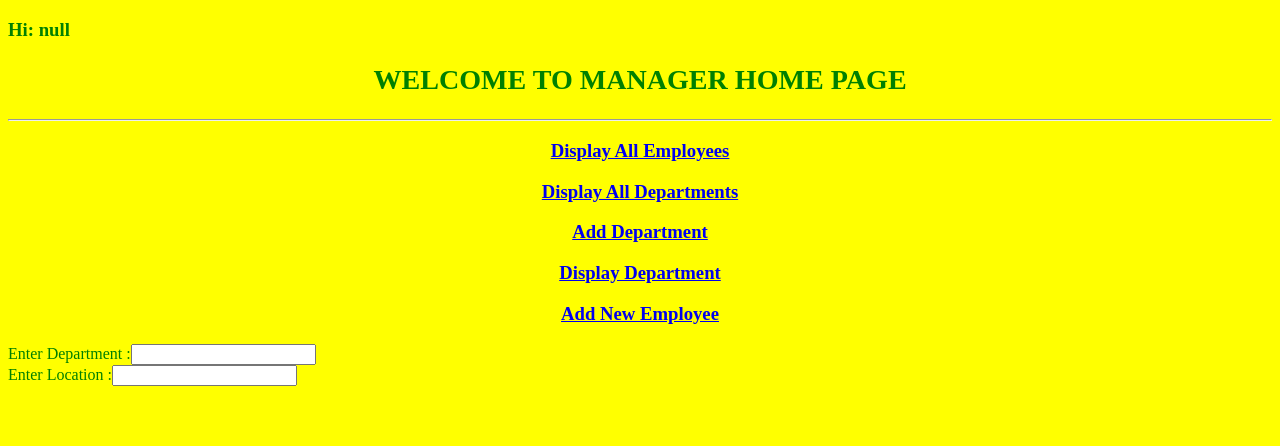
Repository: laharidevisetti/TSWebProject-2-Tables-_Skel
Page: http://localhost/TSWebProject_2Tables__Skel/RegisterDept.jsp
These files come from the project's save history. The page is drawn as it stood at one moment and after the next save; the edit follows.
The browser window is 1280 px wide. The pictures show the whole page.
The page is served by Tomcat 9. Other server files are loaded and not shown.

Above is the page before, as saved 2019-04-28 04:23:40.

### TSWebProject(2Tables)_Skel/WebContent/RegisterDept.jsp
<%@ page language="java" contentType="text/html; charset=UTF-8"
    pageEncoding="UTF-8"%>
<!DOCTYPE html PUBLIC "-//W3C//DTD HTML 4.01 Transitional//EN" "http://www.w3.org/TR/html4/loose.dtd">
<html>
<head>
<meta http-equiv="Content-Type" content="text/html; charset=UTF-8">
<title>Insert title here</title>
</head>
<body>
<jsp:include page="MgrHomePage.jsp"></jsp:include>
<form action="RegisterDept" method="POST">
Enter Department :<input type="text" name ="deptName"><br/>
Enter Location :<input type="text" name="deptLocation"><br/>
</body>
</html>

### TSWebProject(2Tables)_Skel/WebContent/MgrHomePage.jsp
<%@ page language="java" contentType="text/html; charset=ISO-8859-1"
    pageEncoding="ISO-8859-1"%>
<!DOCTYPE html PUBLIC "-//W3C//DTD HTML 4.01 Transitional//EN" "http://www.w3.org/TR/html4/loose.dtd">
<html>
<head>
<meta http-equiv="Content-Type" content="text/html; charset=ISO-8859-1">
<title>Insert title here</title>
</head>
<body>
		<%
		String user = (String)session.getAttribute("user");
		 %>
		<body bgcolor=yellow text=green>
		<h3>Hi: <%=user %><center><h2>WELCOME TO MANAGER HOME PAGE</h2></center>
		<hr>
		<h3><center><a href='DisplayAllEmp'>Display All Employees</a></center></h3>
		<h3><center><a href='DisplayAllDept'>Display All Departments</a></center></h3>
		<h3><center><a href='RegisterDept.jsp'>Add Department</a></center></h3>
		<h3><center><a href='getDeptById.jsp'>Display Department</a></center></h3>
		<h3><center><a href='RegisterEmp.jsp'>Add New Employee</a></center></h3>
</body>
</html>

After the next save:
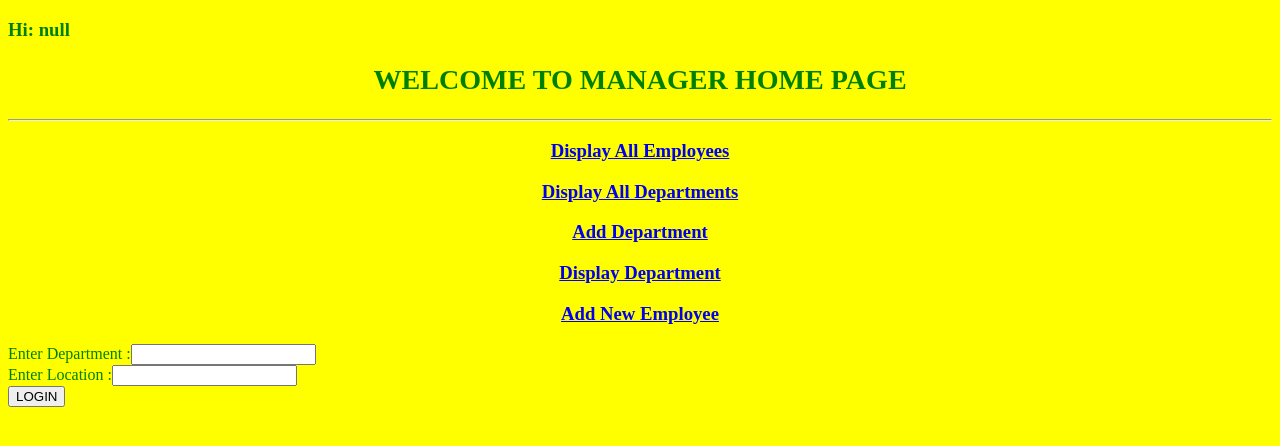
Saved 96 s later.
--- a/TSWebProject(2Tables)_Skel/WebContent/RegisterDept.jsp
+++ b/TSWebProject(2Tables)_Skel/WebContent/RegisterDept.jsp
@@ -11,5 +11,6 @@
 <form action="RegisterDept" method="POST">
 Enter Department :<input type="text" name ="deptName"><br/>
 Enter Location :<input type="text" name="deptLocation"><br/>
+<input type="submit" value="LOGIN">
 </body>
 </html>
